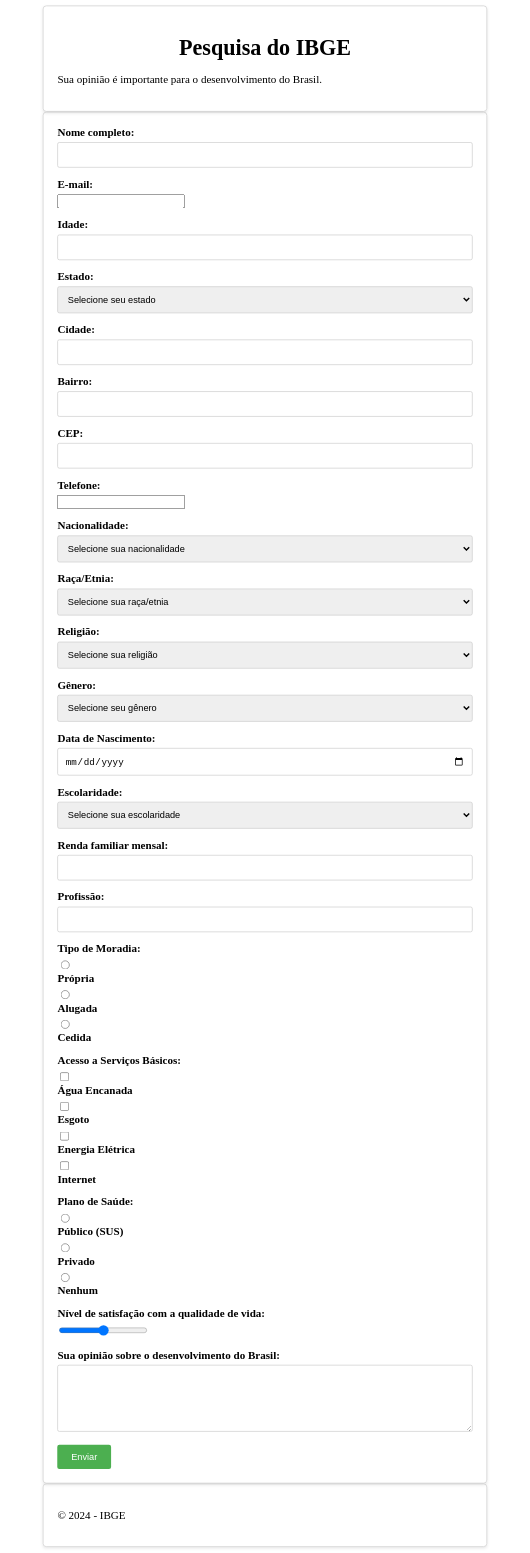
Repository: Gabrielb0rn/Projeto-Formul-rio.io
Page: index.html
These files come from the project's save history. The page is drawn as it stood at one moment and after the next save; the edit follows.
The browser window is 768 px wide. The pictures show the whole page, at 69% of full size.

Above is the page before, as saved 2024-06-27 12:02:35.
Not found: assets/script.js

After the next save:
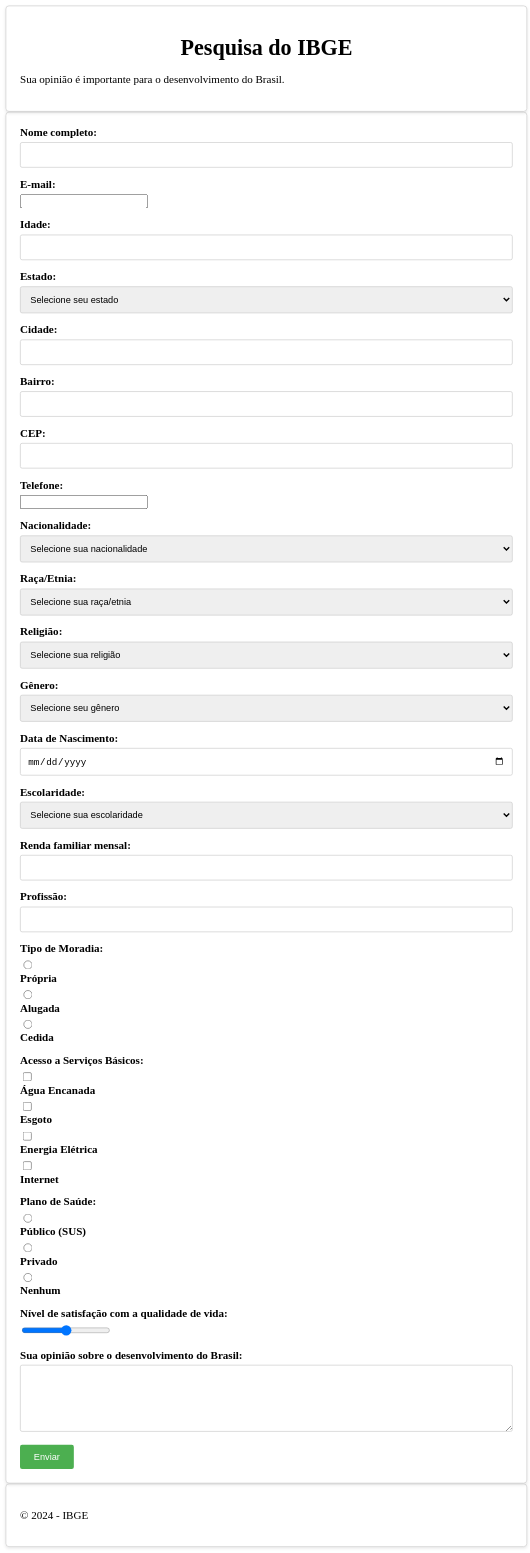
Saved 32 s later.
--- a/assets/style.css
+++ b/assets/style.css
@@ -63,3 +63,22 @@
     font-size: 12px;
     margin-top: 5px;
 }
+
+.form-group.success input,
+.form-group.success select,
+.form-group.success textarea {
+    border-color: green;
+}
+
+.form-group.error input,
+.form-group.error select,
+.form-group.error textarea {
+    border-color: red;
+}
+
+/* Responsive Design */
+@media (max-width: 768px) {
+    .container {
+        width: 95%;
+    }
+}
